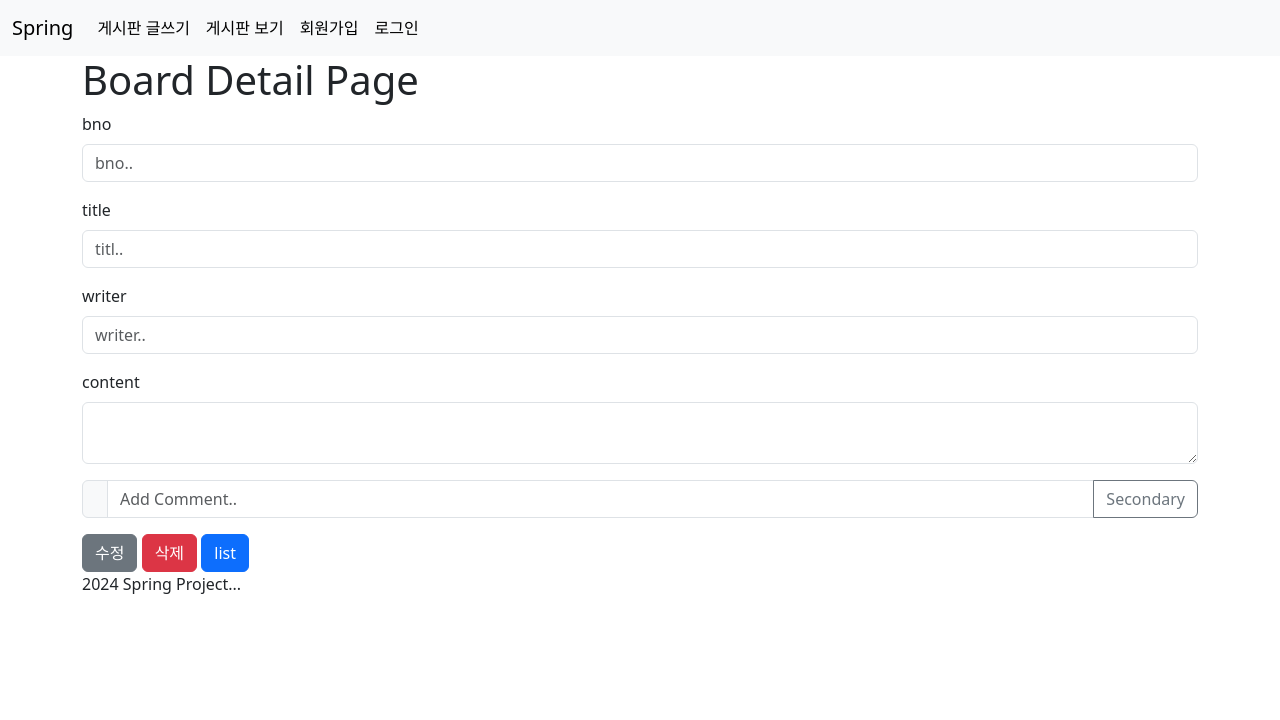
Repository: dlfhrrl12/springtest
Page: http://localhost/spring_study/WEB-INF/views/board/detail.jsp
These files come from the project's save history. The page is drawn as it stood at one moment and after the next save; the edit follows.
The browser window is 1280 px wide. The pictures show the whole page.
The page is served by Tomcat 9. Nobody is signed in. The template is opened directly, without the code that normally fills it, so the values that code supplies are empty.

Above is the page before, as saved 2024-04-26 02:43:24.

After the next save:
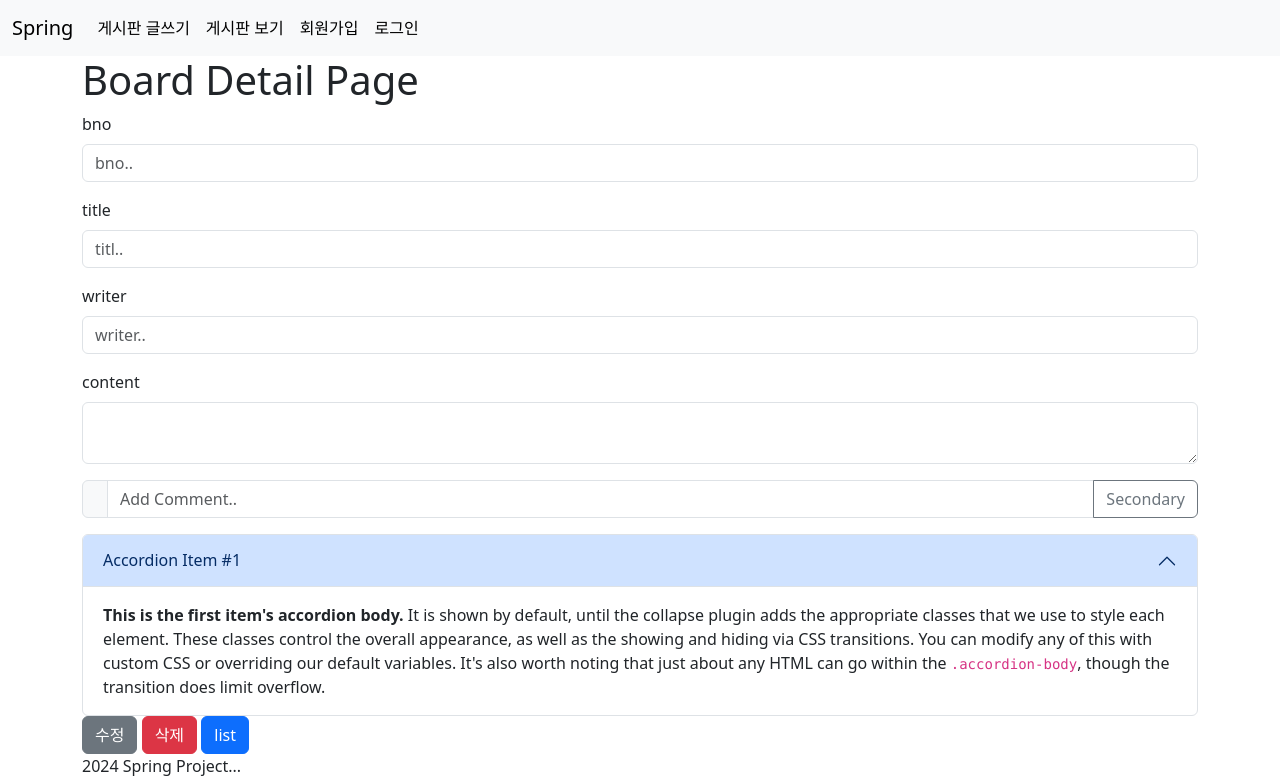
Saved 2 min 6 s later.
--- a/spring_study/src/main/webapp/WEB-INF/views/board/detail.jsp
+++ b/spring_study/src/main/webapp/WEB-INF/views/board/detail.jsp
@@ -30,6 +30,21 @@
 			</div>
 
 			<!-- 댓글 출력 라인 -->
+			<div class="accordion" id="accordionExample">
+			  <div class="accordion-item">
+			    <h2 class="accordion-header">
+			      <button class="accordion-button" type="button" data-bs-toggle="collapse" data-bs-target="#collapseOne" aria-expanded="true" aria-controls="collapseOne">
+			        Accordion Item #1
+			      </button>
+			    </h2>
+			    <div id="collapseOne" class="accordion-collapse collapse show" data-bs-parent="#accordionExample">
+			      <div class="accordion-body">
+			        <strong>This is the first item's accordion body.</strong> It is shown by default, until the collapse plugin adds the appropriate classes that we use to style each element. These classes control the overall appearance, as well as the showing and hiding via CSS transitions. You can modify any of this with custom CSS or overriding our default variables. It's also worth noting that just about any HTML can go within the <code>.accordion-body</code>, though the transition does limit overflow.
+			      </div>
+			    </div>
+			  </div>
+			</div>
+
 
 			<a href="/board/modify?bno=${bvo.bno }"><button type="button" class="btn btn-secondary">수정</button></a>
 			<a href="/board/remove?bno=${bvo.bno }"><button type="button" class="btn btn-danger">삭제</button></a>
